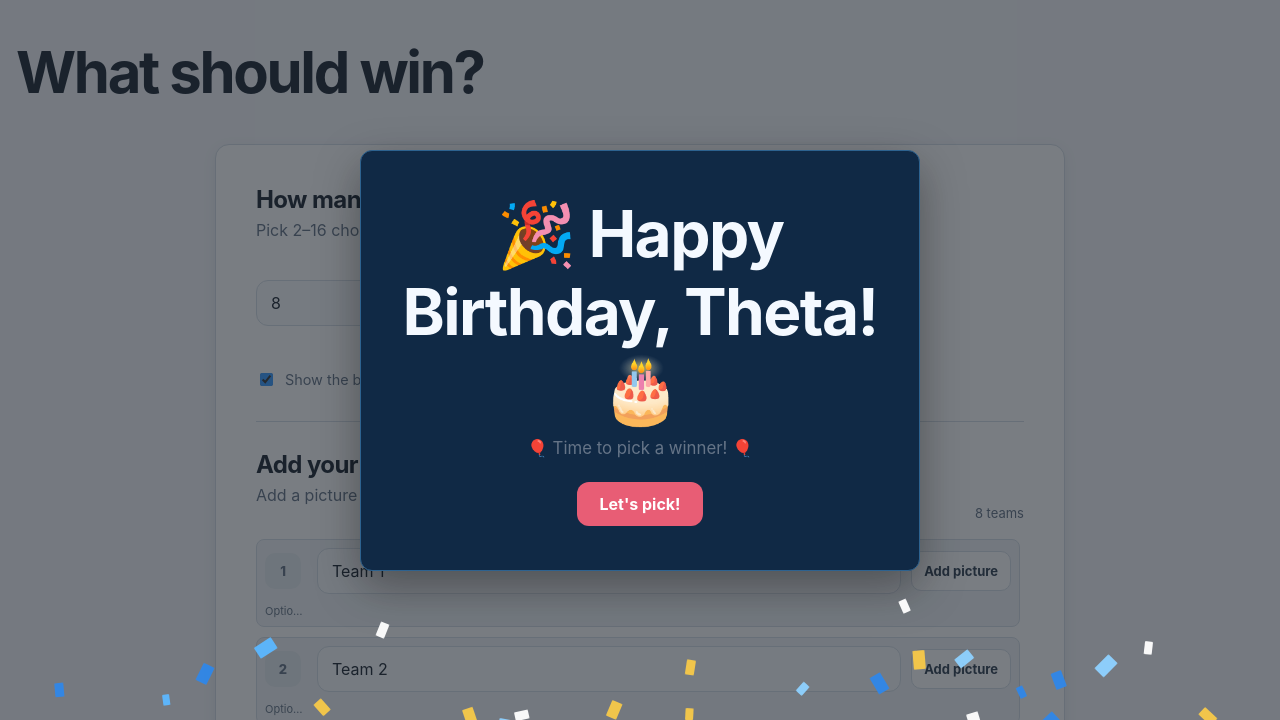
Repository: Ryan-Damm/Bracket
Page: bracket-simulator.html
The author's editor kept a copy of each file at every save. The page is drawn from the files as they stood at one save, then again after the next save.
The browser window is 1280 px wide. The pictures show the window.
A layer covers the whole window, so only the first screen is drawn. An inner scrolling area shows only its first screen.

Above is the page before, as saved 2026-10-04 21:45:12.

### bracket-simulator.html
<!DOCTYPE html>
<html lang="en">
<head>
    <meta charset="UTF-8">
    <meta name="viewport" content="width=device-width, initial-scale=1.0">
    <title>Birthday Bracket</title>
    <style>
* {
    box-sizing: border-box;
}

:root {
    --bg: #f6f7fb;
    --panel: #ffffff;
    --card: #f0f4f8;
    --card-hover: #e7f0f7;
    --border: #d5dde6;
    --text: #1d2733;
    --muted: #657487;
    --accent: #e85d75;
    --accent-light: #f6b4c2;
    --accent-dark: #b83d57;
    --accent-soft: #fff0f3;
    --accent-complement: #3c9b72;
    --danger: var(--accent-dark);
    --green: var(--accent-complement);
}

body {
    margin: 0;
    min-height: 100vh;
    font-family: Inter, ui-sans-serif, system-ui, -apple-system, BlinkMacSystemFont, "Segoe UI", sans-serif;
    background: var(--bg);
    color: var(--text);
}

button,
input {
    font: inherit;
}

button {
    cursor: pointer;
}

button:focus-visible,
input:focus-visible {
    outline: 2px solid var(--accent-light);
    outline-offset: 2px;
}

.app {
    width: min(1500px, calc(100% - 32px));
    margin: 0 auto;
    padding: 44px 0 70px;
}

.hero {
    display: flex;
    justify-content: space-between;
    gap: 24px;
    align-items: flex-start;
    margin-bottom: 34px;
}

.eyebrow {
    margin: 0 0 7px;
    color: var(--accent-light);
    font-size: 11px;
    font-weight: 800;
    letter-spacing: 0.15em;
}

h1,
h2,
p {
    margin-top: 0;
}

h1 {
    margin-bottom: 9px;
    font-size: clamp(34px, 5vw, 58px);
    line-height: 0.98;
    letter-spacing: -0.04em;
}

h2 {
    margin-bottom: 6px;
    letter-spacing: -0.025em;
}

.subtitle,
.setup-card p,
.instruction {
    color: var(--muted);
}

.subtitle {
    margin-bottom: 0;
    font-size: 16px;
}

.setup-card {
    max-width: 850px;
    margin: 0 auto;
    padding: clamp(22px, 4vw, 40px);
    background: var(--panel);
    border: 1px solid var(--border);
    border-radius: 14px;
    box-shadow: 0 4px 14px rgba(30, 45, 60, 0.08);
}

.step {
    display: flex;
    gap: 16px;
    align-items: flex-start;
}

.step-number {
    display: grid;
    place-items: center;
    flex: 0 0 34px;
    width: 34px;
    height: 34px;
    border-radius: 50%;
    background: var(--accent-soft);
    color: var(--accent-light);
    font-weight: 800;
}

.team-count-row {
    display: flex;
    gap: 10px;
    margin-top: 24px;
}

.team-count-row input {
    width: 140px;
}

input[type="number"],
.team-name-input {
    min-height: 46px;
    border: 1px solid var(--border);
    border-radius: 12px;
    background: #f8fafc;
    color: var(--text);
    padding: 0 14px;
}

.primary-button,
.secondary-button,
.ghost-button {
    min-height: 44px;
    border-radius: 11px;
    border: 1px solid transparent;
    padding: 0 17px;
    color: var(--text);
    font-weight: 750;
    transition: transform 140ms ease, background 140ms ease, border-color 140ms ease;
}

.primary-button {
    background: var(--accent);
}

.primary-button:hover {
    background: var(--accent-dark);
    transform: translateY(-1px);
}

.secondary-button {
    background: #eef2f6;
    border-color: var(--border);
}

.secondary-button:hover:not(:disabled),
.ghost-button:hover {
    background: #e3e9ef;
}

.secondary-button:disabled {
    cursor: not-allowed;
    opacity: 0.4;
}

.ghost-button {
    background: transparent;
    border-color: var(--border);
}

.hidden {
    display: none !important;
}

.error-message {
    min-height: 20px;
    margin: 12px 0 0;
    color: var(--danger) !important;
    font-size: 13px;
}

.team-form {
    margin-top: 32px;
    border-top: 1px solid var(--border);
    padding-top: 28px;
}

.form-heading {
    display: flex;
    justify-content: space-between;
    gap: 16px;
    align-items: flex-end;
    margin-bottom: 18px;
}

.form-heading > span {
    color: var(--muted);
    font-size: 13px;
    white-space: nowrap;
}

.team-fields {
    display: grid;
    gap: 10px;
    max-height: 520px;
    overflow: auto;
    padding-right: 4px;
}

.team-field {
    display: grid;
    grid-template-columns: 42px minmax(0, 1fr) auto;
    gap: 10px;
    align-items: center;
    padding: 8px;
    border: 1px solid var(--border);
    border-radius: 8px;
    background: #f1f4f7;
}

.team-number {
    display: grid;
    place-items: center;
    width: 36px;
    height: 36px;
    border-radius: 10px;
    background: #e5ebf0;
    color: var(--muted);
    font-size: 13px;
    font-weight: 800;
}

.team-name-input {
    width: 100%;
}

.file-label {
    position: relative;
    display: inline-flex;
    align-items: center;
    justify-content: center;
    min-height: 40px;
    padding: 0 12px;
    border: 1px solid var(--border);
    border-radius: 10px;
    background: #ffffff;
    color: #314052;
    font-size: 13px;
    font-weight: 700;
    cursor: pointer;
    white-space: nowrap;
}

.file-label:hover {
    background: #e3e9ef;
}

.file-label input {
    position: absolute;
    width: 1px;
    height: 1px;
    opacity: 0;
    pointer-events: none;
}

.file-status {
    color: var(--muted);
    font-size: 11px;
    max-width: 110px;
    overflow: hidden;
    text-overflow: ellipsis;
    white-space: nowrap;
}

.start-button {
    width: 100%;
    margin-top: 18px;
    min-height: 50px;
}

.bracket-screen {
    animation: appear 240ms ease;
}

@keyframes appear {
    from { opacity: 0; transform: translateY(7px); }
    to { opacity: 1; transform: translateY(0); }
}

.toolbar {
    display: flex;
    justify-content: space-between;
    align-items: flex-end;
    gap: 20px;
    margin-bottom: 24px;
}

.toolbar h2 {
    margin-bottom: 4px;
    font-size: 28px;
}

.instruction {
    margin: 0;
    font-size: 14px;
}

.toolbar-actions {
    display: flex;
    gap: 8px;
    flex-wrap: wrap;
}

.bracket-container {
    display: flex;
    align-items: stretch;
    gap: 46px;
    min-height: 520px;
    padding: 20px 8px 36px;
    overflow-x: auto;
    scrollbar-width: thin;
}

.round {
    display: flex;
    flex-direction: column;
    flex: 0 0 220px;
    min-width: 220px;
}

.round-title {
    margin-bottom: 16px;
    color: var(--muted);
    text-align: center;
    font-size: 18px;
    font-weight: 850;
    letter-spacing: 0.1em;
    text-transform: uppercase;
}

.match-list {
    display: flex;
    flex-direction: column;
    flex: 1;
    justify-content: space-around;
    gap: 20px;
}

.match {
    position: relative;
    display: flex;
    flex-direction: column;
    border: 1px solid var(--border);
    border-radius: 8px;
    background: var(--panel);
    overflow: visible;
    box-shadow: 0 2px 8px rgba(30, 45, 60, 0.06);
}

.team {
    position: relative;
    display: flex;
    align-items: center;
    gap: 10px;
    width: 100%;
    min-height: 110px;
    padding: 8px 12px;
    border: 0;
    border-bottom: 1px solid var(--border);
    background: transparent;
    color: var(--text);
    text-align: left;
    transition: background 130ms ease, transform 130ms ease;
}

.team:last-child {
    border-bottom: 0;
}

.team.clickable:hover {
    background: var(--card-hover);
    transform: translateX(2px);
}

.team.winner {
    background: rgba(103, 230, 165, 0.08);
}

.team.winner::after {
    content: "✓";
    margin-left: auto;
    color: var(--green);
    font-weight: 900;
}

.team.tbd {
    color: #8a96a3;
    font-style: italic;
}

.team.bye {
    color: #8a96a3;
    background: #f1f4f7;
    font-style: italic;
}

.team-avatar {
    display: grid;
    place-items: center;
    flex: 0 0 92px;
    width: 92px;
    height: 92px;
    overflow: hidden;
    border-radius: 9px;
    background: #e85d75;
    color: #ffffff;
    font-size: 12px;
    font-weight: 850;
}

    .team-avatar img { width: 100%; height: 100%; object-fit: cover; display: block; }

.team-avatar img {
    width: 100%;
    height: 100%;
    object-fit: cover;
}

.team-name {
    min-width: 0;
    overflow: hidden;
    text-overflow: ellipsis;
    white-space: nowrap;
    font-size: 14px;
    font-weight: 750;
}


.winner-card {
    position: relative;
    max-width: 460px;
    margin: 30px auto 0;
    padding: 36px;
    text-align: center;
    border: 1px solid rgba(139, 124, 255, 0.45);
    border-radius: 14px;
    background: var(--panel);
    overflow: hidden;
    animation: winner-in 420ms cubic-bezier(.2,.8,.2,1);
}

@keyframes winner-in {
    from { opacity: 0; transform: scale(0.96) translateY(10px); }
    to { opacity: 1; transform: scale(1) translateY(0); }
}

.winner-glow {
    position: absolute;
    inset: -100px;
    pointer-events: none;
    background: transparent;
}

.winner-image-wrap {
    position: relative;
    display: grid;
    place-items: center;
    width: 120px;
    height: 120px;
    margin: 18px auto;
    border: 3px solid var(--accent);
    border-radius: 12px;
    overflow: hidden;
    background: #edf1f5;
    color: #ffffff;
    font-size: 28px;
    font-weight: 900;
}

.winner-image-wrap img {
    width: 100%;
    height: 100%;
    object-fit: cover;
}

.winner-card h2 {
    position: relative;
    margin-bottom: 5px;
    font-size: 30px;
}

.winner-card p {
    position: relative;
    color: var(--muted);
}

.winner-card .primary-button {
    position: relative;
    margin-top: 12px;
}

@media (max-width: 700px) {
    .app {
        width: min(100% - 20px, 1500px);
        padding-top: 25px;
    }

    .hero {
        align-items: flex-start;
    }

    .hero .ghost-button {
        padding: 0 12px;
    }

    .team-count-row {
        flex-direction: column;
    }

    .team-count-row input,
    .team-count-row button {
        width: 100%;
    }

    .team-field {
        grid-template-columns: 34px minmax(0, 1fr);
    }

    .team-number {
        width: 30px;
        height: 30px;
    }

    .file-label {
        grid-column: 2;
        justify-self: start;
    }

    .toolbar {
        align-items: flex-start;
        flex-direction: column;
    }

    .toolbar-actions {
        width: 100%;
    }

    .toolbar-actions button {
        flex: 1;
    }

    .bracket-container {
        margin: 0 -10px;
        padding-left: 10px;
    }
}


    .birthday-overlay {
      position: fixed;
      inset: 0;
      z-index: 1000;
      display: grid;
      place-items: center;
      background: rgba(25, 31, 40, 0.58);
      opacity: 0;
      pointer-events: none;
      transition: opacity .2s ease;
    }
    .birthday-overlay.show {
      opacity: 1;
      pointer-events: auto;
    }
    .birthday-card {
      width: min(92vw, 560px);
      padding: 44px 32px;
      text-align: center;
      border: 1px solid #2d628f;
      border-radius: 12px;
      background: #102945;
      box-shadow: 0 16px 45px rgba(0,0,0,.35);
    }
    .birthday-card h2 {
      margin: 0 0 10px;
      font-size: clamp(2.4rem, 7vw, 4rem);
      color: #f4f9ff;
    }
    .birthday-card p {
      margin: 0 0 24px;
      color: var(--muted);
      font-size: 1.05rem;
    }
    .birthday-card button {
      border: 0;
      border-radius: 12px;
      padding: 12px 22px;
      background: var(--accent);
      color: white;
      font-weight: 700;
      cursor: pointer;
    }
    .birthday-settings {
      display: flex;
      align-items: center;
      gap: 9px;
      margin-top: 12px;
      color: var(--muted);
      font-size: .9rem;
    }
    .birthday-settings input {
      accent-color: #3b9cff;
    }
    .confetti-piece {
      position: fixed;
      top: -40px;
      z-index: 2000;
      display: block;
      pointer-events: none;
      border-radius: 1px;
      animation: confetti-fall linear forwards;
    }
    @keyframes confetti-fall {
      0% {
        transform: translate3d(0, 0, 0) rotate(0deg);
        opacity: 1;
      }
      100% {
        transform: translate3d(var(--drift), 115vh, 0) rotate(var(--rotation));
        opacity: 0.95;
      }
    }

  </style>
</head>
<body>
    <main class="app">
        <header class="hero">
            <div>
                <h1>What should win?</h1>
            </div>
            <button id="reset-button" class="ghost-button hidden" type="button">New bracket</button>
        </header>

        <section id="setup-screen" class="setup-screen">
            <div class="setup-card">

                <div class="step">
                    <div>
                        <h2>How many choices?</h2>
                        <p>Pick 2–16 choices. If the number is uneven, the bracket will handle the byes for you.</p>
                    </div>
                </div>

                <div class="team-count-row">
                    <input id="teams-input" type="number" min="2" max="64" value="8" aria-label="Number of teams">
                    <button id="create-teams-button" class="primary-button" type="button">Set up teams</button>
                </div>

                <p id="setup-error" class="error-message" role="alert"></p>

                <label class="birthday-settings"><input id="birthdayToggle" type="checkbox" checked> Show the birthday surprise when the page opens</label>

                <div id="team-form" class="team-form hidden">
                    <div class="form-heading">
                        <div>
                            <h2>Add your choices</h2>
                            <p>Add a picture for each choice.</p>
                        </div>
                        <span id="team-count-label"></span>
                    </div>

                    <div id="team-fields" class="team-fields"></div>

                    <button id="start-button" class="primary-button start-button" type="button">
                        Start the birthday bracket
                    </button>
                </div>
            </div>
        </section>

        <section id="bracket-screen" class="bracket-screen hidden">
            <div class="toolbar">
                <div>
                    <h2 id="tournament-title">The choices</h2>
                    <p id="instruction" class="instruction">Pick which one should win each round.</p>
                </div>
                <div class="toolbar-actions">
                    <button id="undo-button" class="secondary-button" type="button" disabled>↶ Back</button>
                    <button id="restart-button" class="secondary-button" type="button">Restart</button>
                </div>
            </div>

            <div id="bracket-container" class="bracket-container" aria-live="polite"></div>

            <section id="winner-card" class="winner-card hidden">
                <div class="winner-glow"></div>
                <p class="eyebrow">WE HAVE A WINNER</p>
                <div id="winner-image-wrap" class="winner-image-wrap"></div>
                <h2 id="winner-name"></h2>
                <p id="winner-subtitle">That's the one!</p>
                <button id="new-tournament-button" class="primary-button" type="button">Make a new bracket</button>
            </section>
        </section>
    </main>

  <div id="birthdayOverlay" class="birthday-overlay" aria-hidden="true">
    <div class="birthday-card">
      <h2>🎉 Happy Birthday, Theta! 🎂</h2>
      <p>🎈 Time to pick a winner! 🎈</p>
      <button id="closeBirthday">Let's pick!</button>
    </div>
  </div>

    <script src="colors.js"></script>
    <script src="bracket-simulator.js"></script>

</body>
</html>

### colors.js
// Change this ONE color to restyle the whole bracket.
// The other colors are calculated from it.
const MAIN_COLOR = "#e85d75";

function hexToHsl(hex) {
    const value = hex.replace("#", "");
    const r = parseInt(value.slice(0, 2), 16) / 255;
    const g = parseInt(value.slice(2, 4), 16) / 255;
    const b = parseInt(value.slice(4, 6), 16) / 255;

    const max = Math.max(r, g, b);
    const min = Math.min(r, g, b);
    let h = 0;
    let s = 0;
    const l = (max + min) / 2;
    const d = max - min;

    if (d !== 0) {
        s = d / (1 - Math.abs(2 * l - 1));
        switch (max) {
            case r: h = ((g - b) / d) % 6; break;
            case g: h = (b - r) / d + 2; break;
            default: h = (r - g) / d + 4; break;
        }
        h *= 60;
        if (h < 0) h += 360;
    }

    return [h, s * 100, l * 100];
}

const [h, s, l] = hexToHsl(MAIN_COLOR);
const root = document.documentElement;

root.style.setProperty("--accent", MAIN_COLOR);
root.style.setProperty("--accent-light", `hsl(${h}, ${Math.min(s, 75)}%, ${Math.min(l + 28, 92)}%)`);
root.style.setProperty("--accent-dark", `hsl(${h}, ${Math.min(s + 8, 90)}%, ${Math.max(l - 18, 25)}%)`);
root.style.setProperty("--accent-soft", `hsl(${h}, ${Math.min(s, 70)}%, 94%)`);
root.style.setProperty("--accent-complement", `hsl(${(h + 180) % 360}, ${Math.min(s, 65)}%, 48%)`);

Loaded but not shown: bracket-simulator.js (571 lines, source omitted)

After the next save:
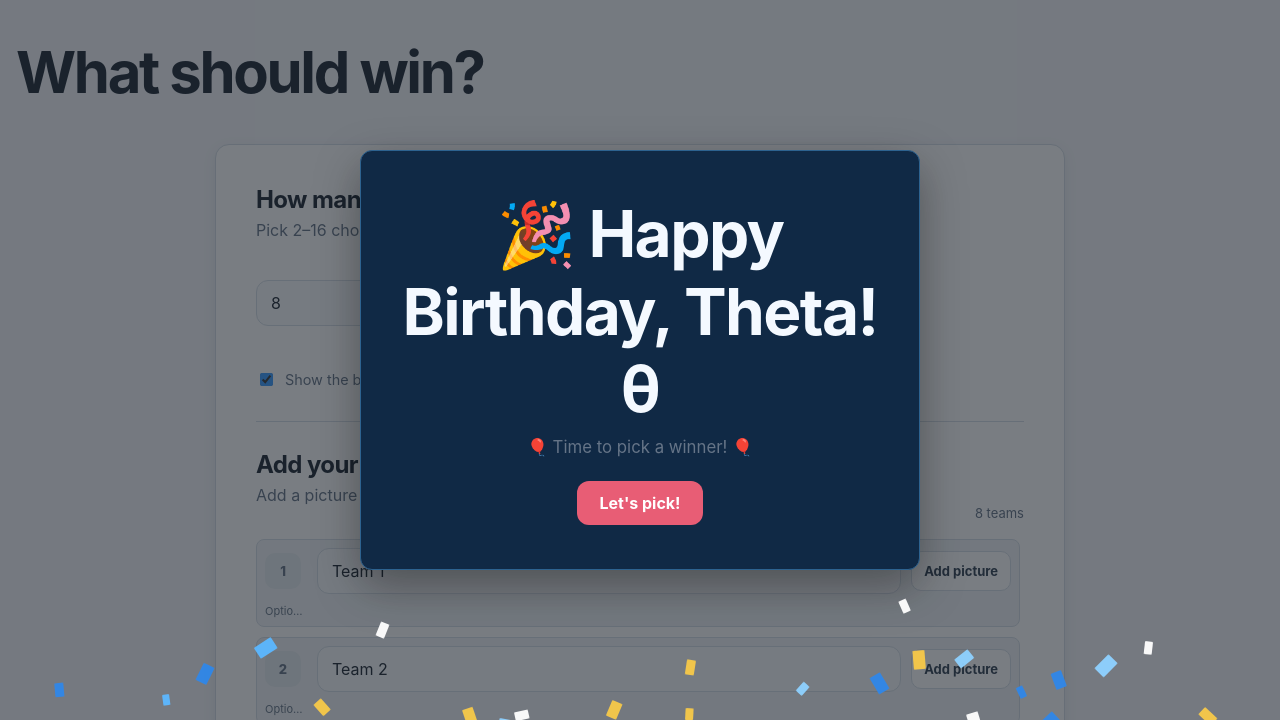
Saved 16 s later.
--- a/bracket-simulator.html
+++ b/bracket-simulator.html
@@ -726,7 +726,7 @@
 
   <div id="birthdayOverlay" class="birthday-overlay" aria-hidden="true">
     <div class="birthday-card">
-      <h2>🎉 Happy Birthday, Theta! 🎂</h2>
+      <h2>🎉 Happy Birthday, Theta! θ</h2>
       <p>🎈 Time to pick a winner! 🎈</p>
       <button id="closeBirthday">Let's pick!</button>
     </div>

After the save that followed:
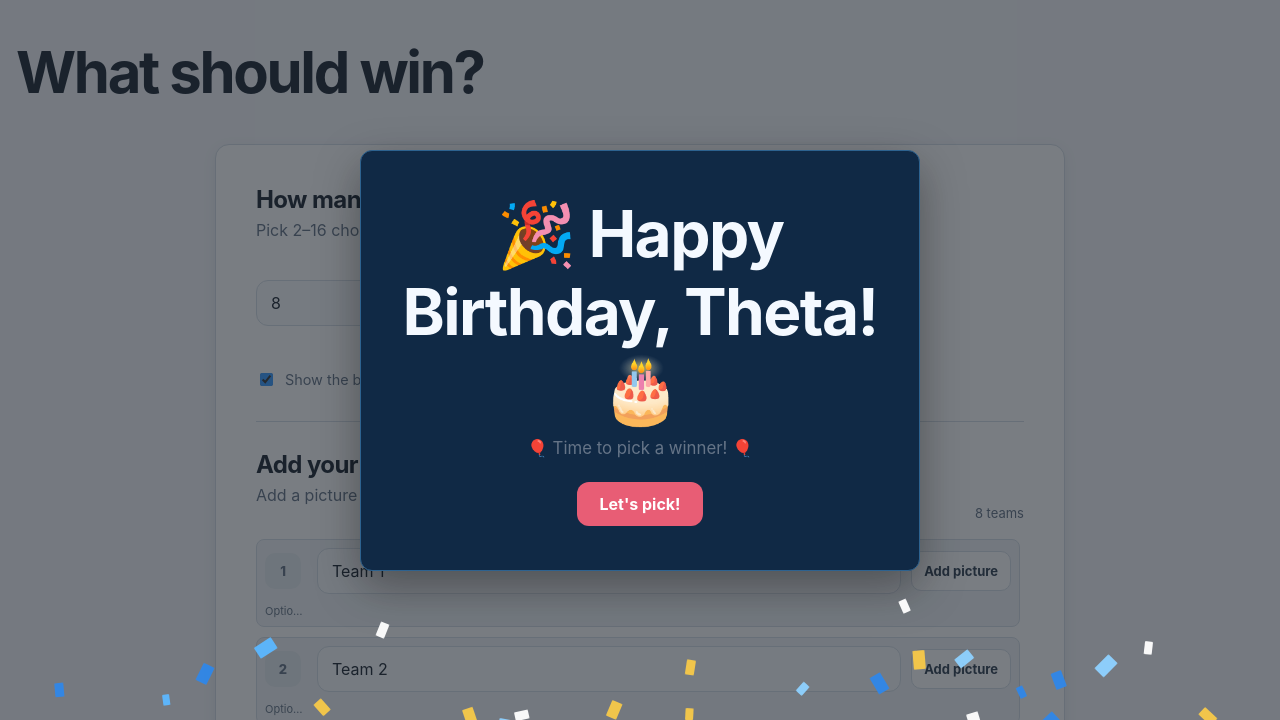
Saved 9 s later.
--- a/bracket-simulator.html
+++ b/bracket-simulator.html
@@ -726,7 +726,7 @@
 
   <div id="birthdayOverlay" class="birthday-overlay" aria-hidden="true">
     <div class="birthday-card">
-      <h2>🎉 Happy Birthday, Theta! θ</h2>
+      <h2>🎉 Happy Birthday, Theta! 🎂</h2>
       <p>🎈 Time to pick a winner! 🎈</p>
       <button id="closeBirthday">Let's pick!</button>
     </div>
